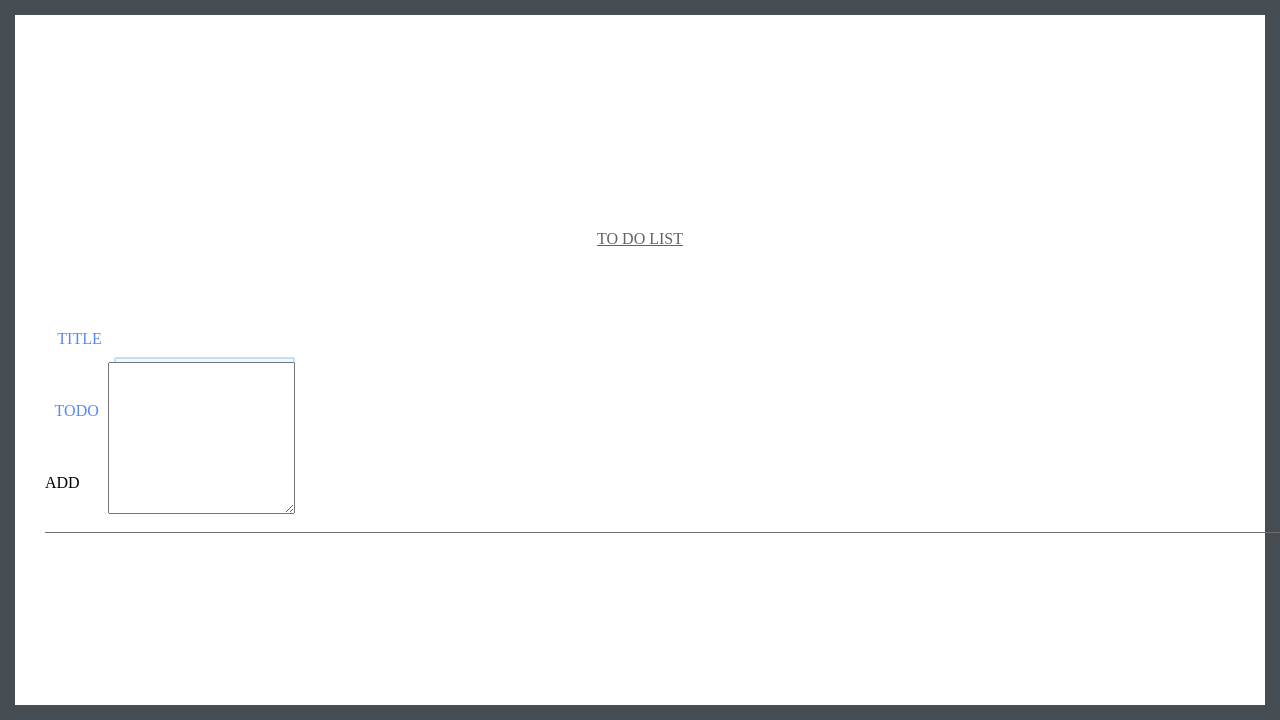
Repository: NagataRyuji0630/shinjin-otameshi
Page: todo_white_board.html
An editor plug-in stored every save of this project. The page is shown before and after the next save, followed by the edit.
The browser window is 1280 px wide. The pictures show the whole page.

Above is the page before, as saved 2020-06-11 22:44:50.
Not found: todoWhiteBoard.js

### todo_white_board.html
<!DOCTYPE html>
<html lang="ja">

<head>
    <meta charset="UTF-8">
    <meta name="viewport" content="width=device-width, initial-scale=1.0">
    <meta http-equiv="X-UA-Compatible" content="ie=edge">
    <link rel="stylesheet" href="./todo_white_board.css">
    <script src="./constants.js"></script>
    <script src="./domAction.js"></script>
    <script src="./todoWhiteBoard.js"></script>
    <title>Todo White Board</title>
</head>

<body>
    <div class="white_board display_flex_justify direction_colum">

        <div id="board_title_container" class="display_flex_all">
            <div id="board_title">TO DO LIST</div>
        </div>

        <div id="form_container" class="display_flex_justify direction_colum">

            <div class="input_content display_flex_all">
                <div class="input_title">TITLE</div>
                <input id="todo_title" type="text" placeholder="title" />
            </div>

            <div class="input_content display_flex_all">
                <div class="input_title">TODO</div>
                <textarea id="todo_detail" cols="30" rows="10"></textarea>
            </div>

            <div id="btn_container">
                <div class="red_btn btn">
                    <div class="btn_text">ADD</div>
                </div>
            </div>
        </div>

        <div id="todo_list_container"></div>
    </div>
</body>

</html>

### todo_white_board.css
* {
    margin: 0px;
    padding: 0px;
    box-sizing: border-box;
}

body, html {
    width: 100%;
    height: 100%;
    font-size: 16px;
    overflow-x: hidden;
}

.display_flex_all {
    display: flex;
    justify-content: center;
    align-items: center;
}

.display_flex_justify {
    display: flex;
    justify-content: center;
}

.display_flex_align {
    display: flex;
    align-items: center;
}

.direction_colum {
    flex-direction: column;
}

.direction_row {
    flex-direction: row;
}

.white_board {
    width: 100%;
    height: 100%;
    border: 15px solid #454D53;
}

#board_title_container {
    width: auto;
    height: 15%;
}

#board_title {
    text-align: center;
    text-decoration: underline;
    font: Bold 50px;
    letter-spacing: 0px;
    color: #696060;
}

#form_container {
    width: 100%;
    height: 35%;
    margin-left: 30px;
    border-bottom: 1px solid #707070;
}

.input_content {
    width: 20%;
    height: 30%;
}

.input_title {
    width: 35%;
    height: 100%;
    text-align: center;
    font: Bold 20px;
    letter-spacing: 0px;
    color: #5887F9;
}

#todo_title {
    background: #F1F9FF 0% 0% no-repeat padding-box;
    border: 2px solid #BCE0FD;
    border-radius: 2px;
}

#todo_detail {
    text-align: left;
    font: Bold 20px;
    letter-spacing: 0px;
    color: #5887F9;
}

Loaded but not shown: constants.js (no stored copy; drawn as an empty file); domAction.js (no stored copy; drawn as an empty file)

After the next save:
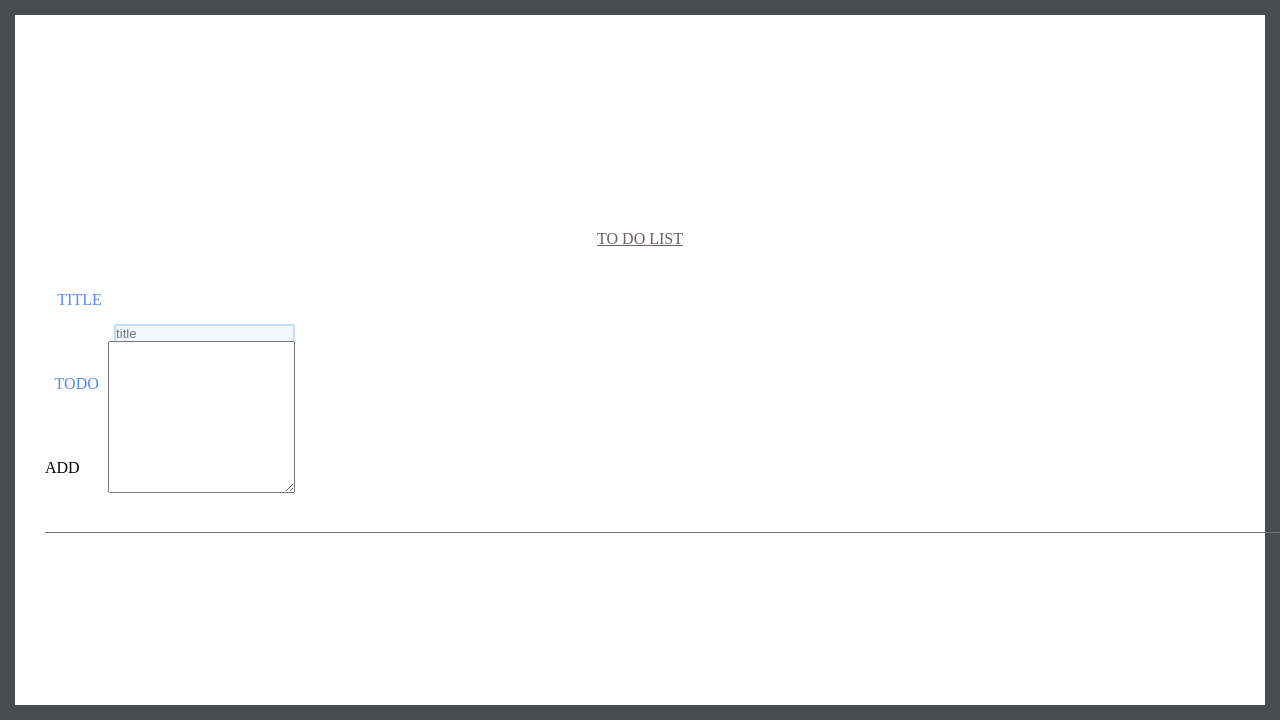
Saved 2 min 8 s later.
--- a/todo_white_board.css
+++ b/todo_white_board.css
@@ -63,7 +63,7 @@ body, html {
 
 .input_content {
     width: 20%;
-    height: 30%;
+    height: 35%;
 }
 
 .input_title {
@@ -87,3 +87,8 @@ body, html {
     letter-spacing: 0px;
     color: #5887F9;
 }
+
+#btn_container {
+    width: 100%;
+    height: 30%;
+}
